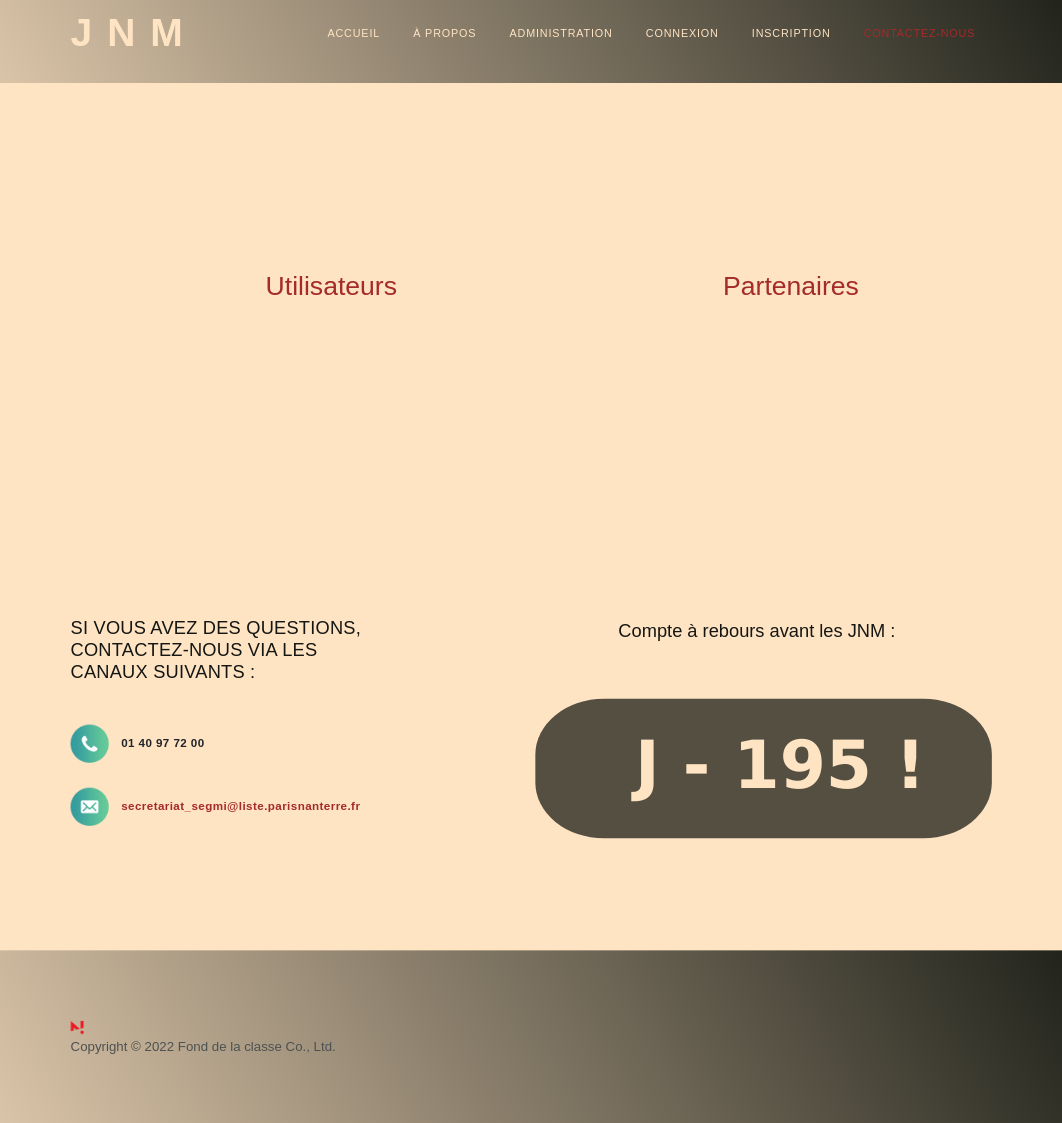
Repository: RiadNadri/ProjetWeb2022
Page: templates/Admin/admin.html.twig
These files come from the project's save history. The page is drawn as it stood at one moment and after the next save; the edit follows.
The browser window is 1280 px wide. The pictures show the whole page, at 83% of full size.
Some web fonts or font styles are not loaded; a fallback is used. The page is a Twig template of a Symfony application; nobody is signed in and links lead nowhere. The template is opened directly, without the code that normally fills it, so the values that code supplies are empty.

Above is the page before, as saved 2022-12-24 17:02:20.

### templates/Admin/admin.html.twig
{% extends 'base.html.twig' %}

{% block title %} Administration {% endblock %}


{% block body %}

<style>
    .buttonUser{
        margin-top: 25%;
        margin-bottom: 20%;
        margin-left: 25%;
        font-size: xx-large;
    }
    .buttonPartenaire{
        margin-left:40%;
        font-size: xx-large;
    }
</style>

<div class="section">
    <div class="buttonUser" >
        <a href="{{path('app_user')}}">Utilisateurs</a>
        <a class="buttonPartenaire" href="{{path('app_partenaire')}}">Partenaires</a>
    </div>
</div>
{% endblock %}

### templates/base.html.twig
<!DOCTYPE html>
<html>
    <head>
        <meta charset="UTF-8">
        <title>{% block title %}{% endblock %} - JNM</title>
        <meta name="viewport" content="width=device-width, initial-scale=1, shrink-to-fit=no">
        <meta name="description" content="">
        <meta name="author" content="">
        <link href="https://fonts.googleapis.com/css?family=Raleway:100,200,300,400,500,600,700,800,900&display=swap" rel="stylesheet">
        <link rel="shortcut icon" type= "image/png" href="{{ asset('img/favicon.png')}}" />

        {# Run `composer require symfony/webpack-encore-bundle` to start using Symfony UX #}

        <link rel="stylesheet" href="{{ asset('assets/css/bootstrap.min.css')}}">
        <link rel="stylesheet" href="{{ asset('assets/css/templatemo-breezed (1).css')}}">

        {% block stylesheets %}{% endblock %}

        {% block javascripts %}{% endblock %}
    </head>
    <body>

        <header class="header-area header-sticky">
        <div class="container">
            <div class="row">
                <div class="col-12">
                    <nav class="main-nav">
                        <!-- ***** Logo Start ***** -->
                        <a href="{{path('app_accueil')}}" class="logo">
                            JNM
                        </a>
                        <!-- ***** Logo End ***** -->
                        <!-- ***** Menu Start ***** -->
                        <ul class="nav">
                            <li class="scroll-to-section"><a href="{{path('app_accueil')}}" >Accueil</a></li>
                            <li class="scroll-to-section"><a href="#about">À propos</a></li>
                            <li class="scroll-to-section"><a href="{{path('app_admin')}}">Administration</a></li>
                            <li class="scroll-to-section"><a href="{{path('app_connexion')}}">Connexion</a></li>
                            {% if app.user %}
                                <li class="scroll-to-section"><a href="#réservation">Réservation</a></li>
                                <li class="scroll-to-section"><a href="{{path('app_profil')}}">Mon profil</a></li>
                                <li class="scroll-to-section"><a href="{{path('app_deconnexion')}}">Deconnexion</a></li>
                            {% else %}
                                <li class="scroll-to-section"><a href="{{path('app_inscription')}}">Inscription</a></li>
                            {% endif %}
                            <li class="scroll-to-section"><a href="#contact-us" class="active">Contactez-Nous</a></li>


                        </ul>

                        <!-- ***** Menu End ***** -->
                    </nav>
                </div>
            </div>
        </div>
    </header>

    {% block body %}
    <section class="section" id="about">
        <div class="container">
            <div class="row">
                <div class="col-lg-6 col-md-6 col-xs-12">
                    <div class="left-text-content">
                        <div class="section-heading">
                            <h6>À propos des Journées Nationales de la MIAGE</h6>
                            <h2>Certains de nos partenaires</h2>
                        </div>
                        <div class="row">
                            <div class="col-md-6 col-sm-6">
                                <div class="service-item">
                                    <a href="https://pepsi.fr/" rel ="nofollow noopener" target="_blank"> <img src="{{ asset('img/Pepsi-Logo-PNG-Pic.png')}}" alt=""> </a>
                                    <h4><a rel="nofollow noopener" href="https://pepsi.fr/" target="_blank">Pepsi</a></h4>
                                </div>
                            </div>
                            <div class="col-md-6 col-sm-6">
                                <div class="service-item">
                                    <a href="https://www.beinsports.com/france/" rel ="nofollow noopener" target="_blank"> <img src="{{ asset('img/Bein_sport_logo.png')}}" alt=""> </a>
                                    <h4><a rel="nofollow noopener" href="https://www.beinsports.com/france/" target="_blank">BeIn Sport</a></h4>
                                </div>
                            </div>
                            <div class="col-md-6 col-sm-6">
                                <div class="service-item">
                                    <a href="https://www.canalplus.com/" rel ="nofollow noopener" target="_blank"> <img src="{{ asset('img/canal-logo-png-transparent.png')}}" alt=""> </a>
                                    <h4><a rel="nofollow noopener" href="https://www.canalplus.com/" target="_blank">Canal +</a></h4>
                                </div>
                            </div>
                            <div class="col-md-6 col-sm-6">
                                <div class="service-item">
                                    <a href="https://www.wwf.fr/" rel ="nofollow noopener" target="_blank"> <img src="{{ asset('img/panda.png')}}" alt=""> </a>
                                    <h4><a rel="nofollow noopener" href="https://www.wwf.fr/" target="_blank">WWF</a></h4>
                                </div>
                            </div>
                            <div class="col-md-12">
                                <a href="#" class="main-button-icon">
                                    En savoir plus
                                </a>
                            </div>
                        </div>
                    </div>
                </div>
                <div class="col-lg-6 col-md-6 col-xs-12">
                    <div class="right-text-content">
                        <p>Les Journées Nationales de la Miage sont organisées par <a rel="nofollow noopener" href="https://www.parisnanterre.fr/" target="_blank">L'Université Paris Nanterre</a> en 2023.
                        <br><br>Du 01/06/2023 au 04/06/2023 venez participer aux Journées Nationales de la MIAGE aux portes de Paris sur le campus de Nanterre. Retrouvez-y toutes les MIAGE de France pour partager un bon moment.
                      <br><br>Prenez part aux différentes activités et profitez-en pour élargir votre réseau miagiste !</p>
                    </div>
                </div>
            </div>
        </div>
    </section>

    <section class="section" id="features">
        <div class="container">
            <div class="row">
                <div class="col-lg-4 col-md-6 col-sm-12 col-xs-12" data-scroll-reveal="enter left move 30px over 0.6s after 0.4s">
                    <div class="features-item">
                        <div class="features-icon">
                            <img src="{{ asset('img/Icone.png')}}" height="30px" width="30px" alt="">
                        </div>
                        <div class="features-content">
                            <h4>Le campus de Nanterre</h4>
                            <p>Situé à proximité du quartier d'affaires da La Défense, le campus de Nanterre s'étend sur 30 hectares.<br> Chaque année, il accueille plus de 40 000 étudiants et met à leur disposition divers types d'infrastructures permettant de pratiquer des activités sportives et culturelles !</p>
                            <a href="https://www.parisnanterre.fr/" target="_blank" class="text-button-icon">
                                En savoir plus
                            </a>
                        </div>
                    </div>
                </div>
                <div class="col-lg-4 col-md-6 col-sm-12 col-xs-12" data-scroll-reveal="enter bottom move 30px over 0.6s after 0.4s">
                    <div class="features-item">
                        <div class="features-icon">
                            <img src="{{ asset('img/miage.png')}}" height="30px" width="30px" alt="">
                        </div>
                        <div class="features-content">
                            <h4>La Miage de Nanterre</h4>
                            <p>Intégrée au sein de l'Unité de Formation et de Recherche
                                <a href="https://ufr-segmi.parisnanterre.fr/" rel="nofollow noopener" target="_blank">
                                SEGMI
                                </a> au bâtiment Allais (G), la MIAGE de Nanterre</p>
                            <a href="https://miage.parisnanterre.fr/" class="text-button-icon">
                                En savoir plus
                            </a>
                        </div>
                    </div>
                </div>
                <div class="col-lg-4 col-md-6 col-sm-12 col-xs-12" data-scroll-reveal="enter right move 30px over 0.6s after 0.4s">
                    <div class="features-item">
                        <div class="features-icon">
                            <img src="{{ asset('img/eiffel.png')}}" height="50px" width="50px"alt="">
                        </div>
                        <div class="features-content">
                            <h4>Le séjour à Paris</h4>
                            <p>Vous pourrez profiter d'ếtre aux portes de Paris pour visiter la capitale. La ligne du RER A vous permettra de rejoindre le centre-ville en moins de 30 minutes.<br> Allez explorer le 1er arrondissement riche en culture, ou manger dans l'un des 18 000 restaurants parisiens !</p>
                            <a href="https://www.parisinfo.com/visiter-a-paris" class="text-button-icon">
                                En savoir plus
                            </a>
                        </div>
                    </div>
                </div>
            </div>
        </div>
    </section>
    {% endblock %}


    <!-- ***** Contact Us Area Starts ***** -->
    <section class="section" id="contact-us">
        <div class="container">
            <div class="row">
                <div class="col-lg-4 col-md-4 col-xs-12">
                    <div class="left-text-content">
                        <div class="section-heading">
                            <h6>Si vous avez des questions, Contactez-nous via les canaux suivants :</h6>
                        </div>
                        <ul class="contact-info">
                            <li><img src="{{ asset('img/contact-info-01.png')}}" alt="">01 40 97 72 00</li>
                            <li><img src="{{ asset('img/contact-info-02.png')}}" alt=""><a href="mailto:secretariat_segmi@liste.parisnanterre.fr">secretariat_segmi@liste.parisnanterre.fr</a></li>
                        </ul>
                    </div>
                </div>

                <div class="col-lg-8 col-md-6 col-xs-12">
                    <div class="section-heading">
                        <h7>Compte à rebours avant les JNM :</h7>
                    </div>
                    <div class="cpt">

                        <label id="Compte"></label>
                            <script type="text/javascript" >
                                var Affiche=document.getElementById("Compte");
                                function Rebour() {
                                 var date1 = new Date();
                                 var date2 = new Date ("Jun 1, 2023 00:00:00");
                                 var sec = (date2 - date1) / 1000;
                                 var n = 24 * 3600;
                                 if (sec > 0) {
                                        j = Math.floor (sec / n);
                                        Affiche.innerHTML = "J - " + j + " !";
                                 }
                                 tRebour=setTimeout ("Rebour();", 1000);
                                }
                             Rebour();
                            </script>

                    </div>
                </div>

            </div>
        </div>
    </section>


    </body>


    <!-- ***** Footer Start ***** -->
    <footer>
        <div class="container">
            <div class="row">
                <div class="col-lg-6 col-xs-12">
                    <div class="left-text-content">
                        <a rel="nofollow noopener" href="https://www.parisnanterre.fr/" target="_blank"><img src="{{ asset('img/Icone.png')}}" alt=""><br>Copyright &copy; 2022 Fond de la classe Co., Ltd. </a>
                    </div>
                </div>

            </div>
        </div>
    </footer>
</html>

Loaded but not shown: public/assets/css/bootstrap.min.css (library); public/assets/css/templatemo-breezed (1).css (908 lines, source omitted)

After the next save:
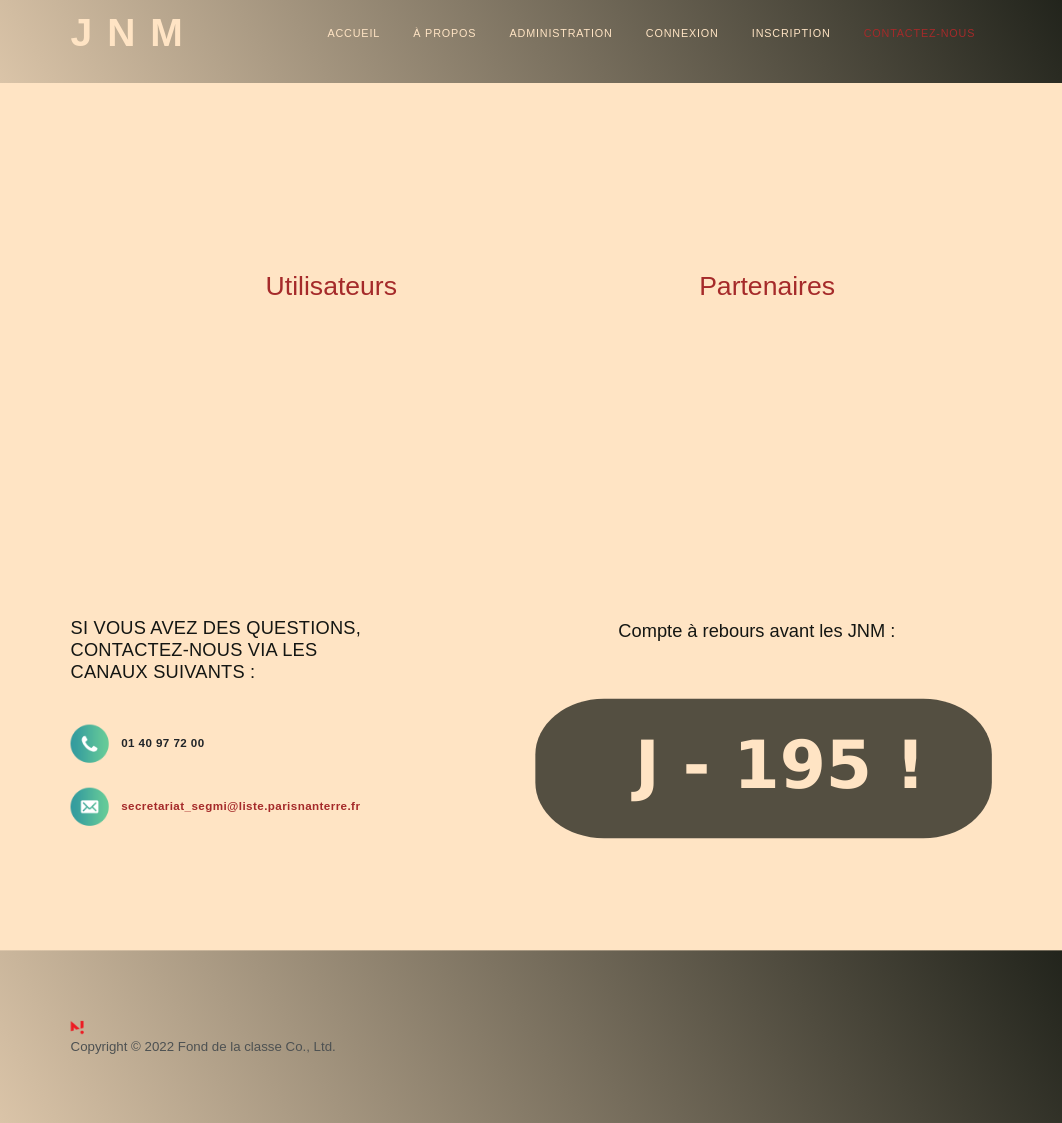
Saved 16 s later.
--- a/templates/Admin/admin.html.twig
+++ b/templates/Admin/admin.html.twig
@@ -13,7 +13,7 @@
         font-size: xx-large;
     }
     .buttonPartenaire{
-        margin-left:40%;
+        margin-left:37%;
         font-size: xx-large;
     }
 </style>
